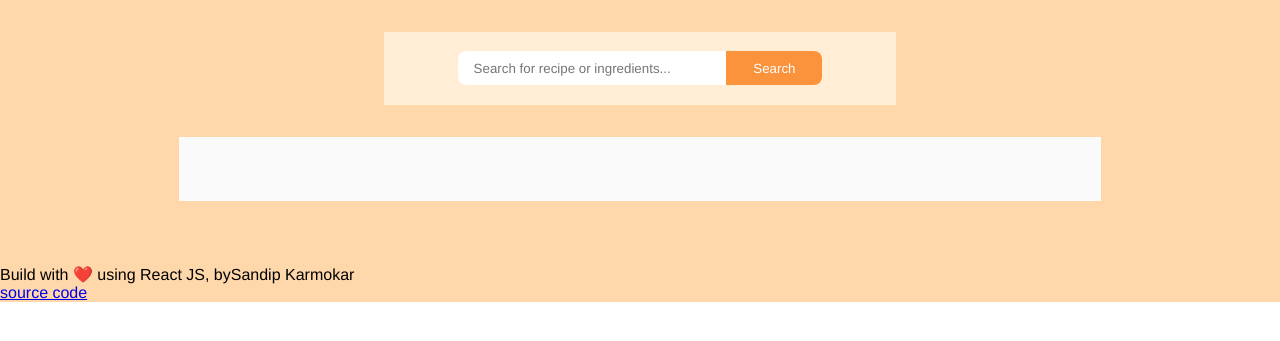
Repository: sandipkarmokar/recipeApp
Page: /
An editor plug-in stored every save of this project. The page is shown before and after the next save, followed by the edit.
The browser window is 1280 px wide. The pictures show the whole page.
The page's requests for data from a server got no answer. The project was rebuilt for these pictures with package versions that can differ from the ones it lists, and the page was loaded fresh each time. No one was signed in, and anything a server would have sent is missing. Also part of the build but not shown: src/components/data.js, src/components/listView.js, src/components/recipeShow.js.

Above is the page before, as saved 2022-05-01 12:09:55.

After the next save:
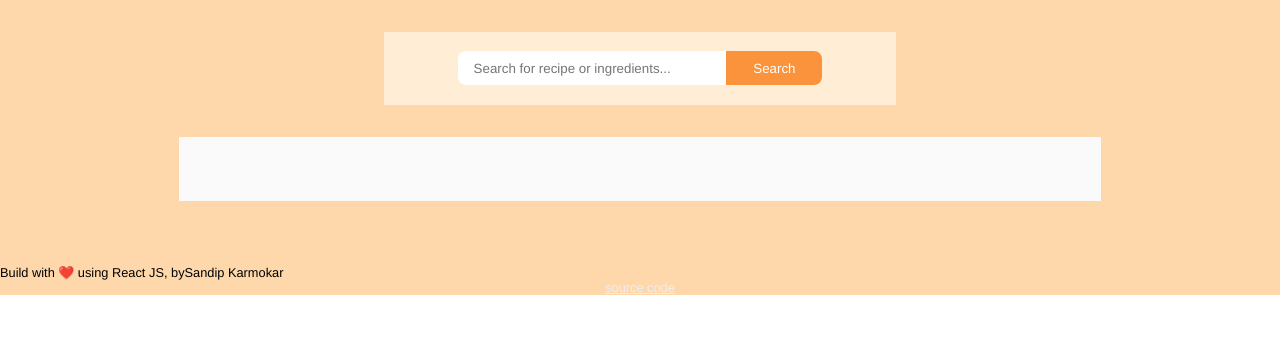
Saved 16 s later.
--- a/src/App.css
+++ b/src/App.css
@@ -312,10 +312,10 @@ button {
     color: #2563eb;
 }
 
-.app .app-container footer p {
+.app footer p {
     font-size: 0.8rem;
 }
-.app .app-container footer a {
+.app footer a {
     display: flex;
     justify-content: center;
     align-items: center;

After the save that followed:
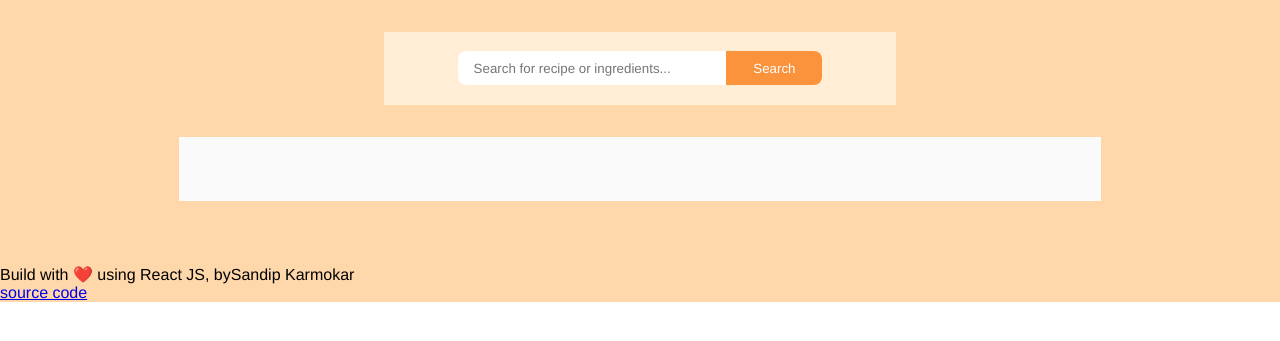
Saved 6 s later.
--- a/src/App.css
+++ b/src/App.css
@@ -312,10 +312,10 @@ button {
     color: #2563eb;
 }
 
-.app footer p {
+.app .app-container footer p {
     font-size: 0.8rem;
 }
-.app footer a {
+.app .app-container footer a {
     display: flex;
     justify-content: center;
     align-items: center;
